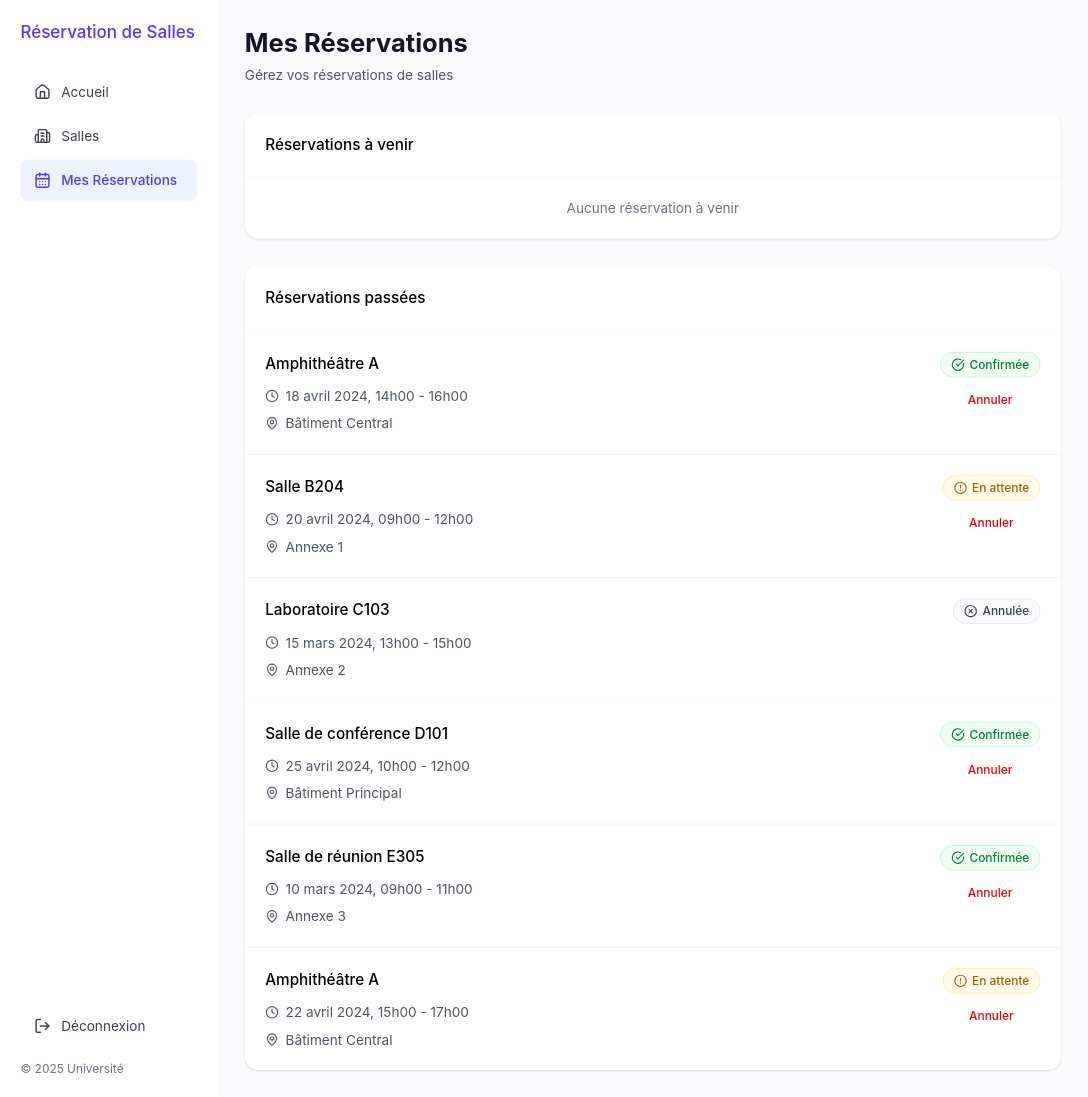
Repository: alaouii1/reservation-salles-front-V0.0.1
Page: /reservations
An editor plug-in stored every save of this project. The page is shown before and after the next save, followed by the edit.
The browser window is 1280 px wide. The pictures show the whole page, at 85% of full size.
The page's requests for data from a server got no answer. The project was rebuilt for these pictures with package versions that can differ from the ones it lists, and the page was loaded fresh each time. No one was signed in, and anything a server would have sent is missing. Also part of the build but not shown: vite.config.ts, src/components/ProchaineReservation.tsx, src/pages/Home.tsx, src/services/salleService.ts, src/pages/Rooms.tsx.

Above is the page before, as saved 2025-04-23 13:19:27.

### src/index.css
@import 'tailwindcss';
@import url('https://fonts.googleapis.com/css2?family=Inter:wght@400;500;600&display=swap');
@import url('https://fonts.googleapis.com/icon?family=Material+Icons+Outlined');

@tailwind base;
@tailwind components;
@tailwind utilities;

@layer base {
  html {
    font-family: 'Inter', system-ui, sans-serif;
  }
}

body {
  background-color: rgb(249, 250, 251);
}

/* Custom styles for better matching the design */
.bg-primary {
  background-color: #6366F1;
}

.text-primary {
  color: #6366F1;
}

.hover:bg-primary-dark:hover {
  background-color: #4F46E5;
}

/* Custom card styles */
.card {
  @apply bg-white rounded-2xl shadow-sm;
  box-shadow: 0px 1px 3px rgba(16, 24, 40, 0.1), 0px 1px 2px rgba(16, 24, 40, 0.06);
}

### src/App.tsx
import React from 'react';
import { BrowserRouter, Routes, Route, Navigate } from 'react-router-dom';
import Layout from './components/Layout';
import Home from './pages/Home';
import Rooms from './pages/Rooms';
import Reservations from './pages/Reservations';
import './index.css';

function App() {
  return (
    <BrowserRouter>
      <Routes>
        <Route path="/" element={<Layout />}>
          <Route index element={<Home />} />
          <Route path="/salles" element={<Rooms />} />
          <Route path="/reservations" element={<Reservations />} />
          {/* Redirect any unknown routes to home */}
          <Route path="*" element={<Navigate to="/" replace />} />
        </Route>
      </Routes>
    </BrowserRouter>
  );
}

export default App;

### src/components/Layout.tsx
import React from 'react';
import { NavLink, Outlet, useNavigate } from 'react-router-dom';
import { Home, Building2, CalendarDays, LogOut } from 'lucide-react';

interface NavItemProps {
  icon: React.ReactNode;
  label: string;
  to: string;
}

const NavItem: React.FC<NavItemProps> = ({ icon, label, to }) => (
  <NavLink
    to={to}
    className={({ isActive }) =>
      `flex items-center gap-3 px-4 py-3 rounded-lg text-gray-700 ${
        isActive ? 'bg-indigo-50 text-indigo-600 font-medium' : 'hover:bg-gray-50'
      }`
    }
  >
    {icon}
    <span>{label}</span>
  </NavLink>
);

const Sidebar: React.FC = () => {
  const navigate = useNavigate();

  const handleLogout = () => {
    // Add logout logic here
    navigate('/login');
  };

  return (
    <div className="w-64 min-h-screen bg-white p-6 flex flex-col">
      <div className="mb-8">
        <h1 className="text-indigo-600 text-xl font-medium mb-8">
          Réservation de Salles
        </h1>
        <nav className="space-y-1">
          <NavItem
            icon={<Home className="w-5 h-5" />}
            label="Accueil"
            to="/"
          />
          <NavItem
            icon={<Building2 className="w-5 h-5" />}
            label="Salles"
            to="/salles"
          />
          <NavItem
            icon={<CalendarDays className="w-5 h-5" />}
            label="Mes Réservations"
            to="/reservations"
          />
        </nav>
      </div>

      <div className="mt-auto">
        <button
          onClick={handleLogout}
          className="flex items-center gap-3 px-4 py-3 rounded-lg text-gray-700 hover:bg-gray-50 w-full"
        >
          <LogOut className="w-5 h-5" />
          <span>Déconnexion</span>
        </button>
        <div className="mt-4 text-sm text-gray-500">
          © 2025 Université
        </div>
      </div>
    </div>
  );
};

const Layout: React.FC = () => {
  return (
    <div className="min-h-screen bg-gray-50 flex">
      <Sidebar />
      <div className="flex-1">
        <Outlet />
      </div>
    </div>
  );
};

export default Layout;

### src/pages/Reservations.tsx
import { useEffect, useState } from 'react';
import { Clock, MapPin, AlertCircle, CheckCircle, XCircle } from 'lucide-react';
import { getUserReservations, cancelReservation } from '../services/reservationService';
import { Reservation } from '../types/Reservation';
import { format } from 'date-fns';
import { fr } from 'date-fns/locale';

const StatusBadge = ({ status }: { status: Reservation['status'] }) => {
  const statusConfig = {
    en_attente: {
      icon: AlertCircle,
      text: 'En attente',
      className: 'bg-yellow-50 text-yellow-700 border-yellow-200'
    },
    confirmee: {
      icon: CheckCircle,
      text: 'Confirmée',
      className: 'bg-green-50 text-green-700 border-green-200'
    },
    annulee: {
      icon: XCircle,
      text: 'Annulée',
      className: 'bg-gray-50 text-gray-700 border-gray-200'
    }
  };

  const config = statusConfig[status];
  const Icon = config.icon;

  return (
    <div className={`inline-flex items-center gap-1.5 px-3 py-1 rounded-full border ${config.className}`}>
      <Icon className="w-4 h-4" />
      <span className="text-sm font-medium">{config.text}</span>
    </div>
  );
};

const ReservationCard = ({ reservation, onCancel }: { reservation: Reservation; onCancel: (id: number) => void }) => {
  const canCancel = reservation.status !== 'annulee';
  const dateDebut = new Date(reservation.dateDebut);
  const dateFin = new Date(reservation.dateFin);

  return (
    <div className="p-6 hover:bg-gray-50 transition-colors relative">
      {/* Right side column with status and cancel button */}
      <div className="absolute top-6 right-6 flex flex-col items-center gap-4">
        <StatusBadge status={reservation.status} />
        {canCancel && (
          <button
            onClick={() => onCancel(reservation.id)}
            className="text-red-600 hover:text-red-700 font-medium text-sm"
          >
            Annuler
          </button>
        )}
      </div>

      {/* Main content */}
      <div className="pr-32">
        <h3 className="text-lg font-medium mb-3">{reservation.salleNom}</h3>
        <div className="space-y-2 text-gray-600">
          <div className="flex items-center gap-2">
            <Clock className="w-4 h-4" />
            <span>
              {format(dateDebut, "d MMMM yyyy, HH'h'mm", { locale: fr })} - {format(dateFin, "HH'h'mm", { locale: fr })}
            </span>
          </div>
          <div className="flex items-center gap-2">
            <MapPin className="w-4 h-4" />
            <span>{reservation.localisationNom}</span>
          </div>
        </div>
      </div>
    </div>
  );
};

const Reservations = () => {
  const [reservations, setReservations] = useState<Reservation[]>([]);
  const [loading, setLoading] = useState(true);

  const loadReservations = async () => {
    try {
      const response = await getUserReservations();
      setReservations(response.data);
    } catch (error) {
      console.error('Erreur lors du chargement des réservations:', error);
    } finally {
      setLoading(false);
    }
  };

  const handleCancel = async (id: number) => {
    try {
      await cancelReservation(id);
      // Reload reservations after cancellation
      loadReservations();
    } catch (error) {
      console.error('Erreur lors de l\'annulation de la réservation:', error);
    }
  };

  useEffect(() => {
    loadReservations();
  }, []);

  if (loading) {
    return (
      <div className="flex justify-center items-center h-64">
        <div className="animate-spin rounded-full h-12 w-12 border-t-2 border-b-2 border-primary"></div>
      </div>
    );
  }

  const groupedReservations = {
    upcoming: reservations.filter(r => new Date(r.dateDebut) > new Date() && r.status !== 'annulee'),
    past: reservations.filter(r => new Date(r.dateDebut) <= new Date() || r.status === 'annulee')
  };

  return (
    <div className="p-8">
      <div className="max-w-7xl mx-auto">
        <header className="mb-8">
          <h1 className="text-3xl font-bold text-gray-900">Mes Réservations</h1>
          <p className="mt-2 text-gray-600">Gérez vos réservations de salles</p>
        </header>

        {/* Upcoming Reservations */}
        <div className="bg-white rounded-2xl shadow-sm overflow-hidden mb-8">
          <div className="p-6 border-b border-gray-100">
            <h2 className="text-lg font-medium">Réservations à venir</h2>
          </div>

          <div className="divide-y divide-gray-100">
            {groupedReservations.upcoming.length === 0 ? (
              <div className="p-6 text-center text-gray-500">
                Aucune réservation à venir
              </div>
            ) : (
              groupedReservations.upcoming.map(reservation => (
                <ReservationCard
                  key={reservation.id}
                  reservation={reservation}
                  onCancel={handleCancel}
                />
              ))
            )}
          </div>
        </div>

        {/* Past Reservations */}
        <div className="bg-white rounded-2xl shadow-sm overflow-hidden">
          <div className="p-6 border-b border-gray-100">
            <h2 className="text-lg font-medium">Réservations passées</h2>
          </div>

          <div className="divide-y divide-gray-100">
            {groupedReservations.past.length === 0 ? (
              <div className="p-6 text-center text-gray-500">
                Aucune réservation passée
              </div>
            ) : (
              groupedReservations.past.map(reservation => (
                <ReservationCard
                  key={reservation.id}
                  reservation={reservation}
                  onCancel={handleCancel}
                />
              ))
            )}
          </div>
        </div>
      </div>
    </div>
  );
};

export default Reservations;

### src/services/reservationService.ts
import { api } from '../api/axios';
import { Reservation } from '../types/Reservation';
import { mockReservations } from '../mocks/reservationsMock';

// Temporary mock implementation
export const getUserReservations = () =>
  Promise.resolve({ data: mockReservations });

export const cancelReservation = (id: number) =>
  Promise.resolve({
    data: mockReservations.find(r => r.id === id)
  });

  export const getNextReservation = () => api.get<Reservation>('http://localhost:8080/api/reservations/next/1');

export const createReservation = (data: {
  salleId: number;
  dateDebut: string;
  dateFin: string;
}) => Promise.resolve({
  data: {
    id: Math.max(...mockReservations.map(r => r.id)) + 1,
    ...data,
    status: 'en_attente',
    userId: 1,
    createdAt: new Date().toISOString(),
    salleNom: 'Nouvelle Salle',
    localisationNom: 'Localisation'
  } as Reservation
});

### src/api/axios.ts
// src/api/axios.ts
import axios from 'axios';

export const api = axios.create({
  baseURL: 'http://localhost:8080/api', // adapt this to match your Spring Boot API
});

### src/mocks/reservationsMock.ts
import { Reservation } from '../types/Reservation';

export const mockReservations: Reservation[] = [
  {
    id: 1,
    salleId: 1,
    salleNom: 'Amphithéâtre A',
    localisationNom: 'Bâtiment Central',
    dateDebut: '2024-04-18T14:00:00',
    dateFin: '2024-04-18T16:00:00',
    status: 'confirmee',
    userId: 1,
    createdAt: '2024-03-15T10:00:00'
  },
  {
    id: 2,
    salleId: 2,
    salleNom: 'Salle B204',
    localisationNom: 'Annexe 1',
    dateDebut: '2024-04-20T09:00:00',
    dateFin: '2024-04-20T12:00:00',
    status: 'en_attente',
    userId: 1,
    createdAt: '2024-03-16T11:30:00'
  },
  {
    id: 3,
    salleId: 3,
    salleNom: 'Laboratoire C103',
    localisationNom: 'Annexe 2',
    dateDebut: '2024-03-15T13:00:00',
    dateFin: '2024-03-15T15:00:00',
    status: 'annulee',
    userId: 1,
    createdAt: '2024-03-10T09:15:00'
  },
  {
    id: 4,
    salleId: 4,
    salleNom: 'Salle de conférence D101',
    localisationNom: 'Bâtiment Principal',
    dateDebut: '2024-04-25T10:00:00',
    dateFin: '2024-04-25T12:00:00',
    status: 'confirmee',
    userId: 1,
    createdAt: '2024-03-17T14:20:00'
  },
  {
    id: 5,
    salleId: 5,
    salleNom: 'Salle de réunion E305',
    localisationNom: 'Annexe 3',
    dateDebut: '2024-03-10T09:00:00',
    dateFin: '2024-03-10T11:00:00',
    status: 'confirmee',
    userId: 1,
    createdAt: '2024-03-01T08:00:00'
  },
  {
    id: 6,
    salleId: 1,
    salleNom: 'Amphithéâtre A',
    localisationNom: 'Bâtiment Central',
    dateDebut: '2024-04-22T15:00:00',
    dateFin: '2024-04-22T17:00:00',
    status: 'en_attente',
    userId: 1,
    createdAt: '2024-03-18T16:45:00'
  }
];

Loaded but not shown: index.html (common file); src/main.tsx (common file)

After the next save:
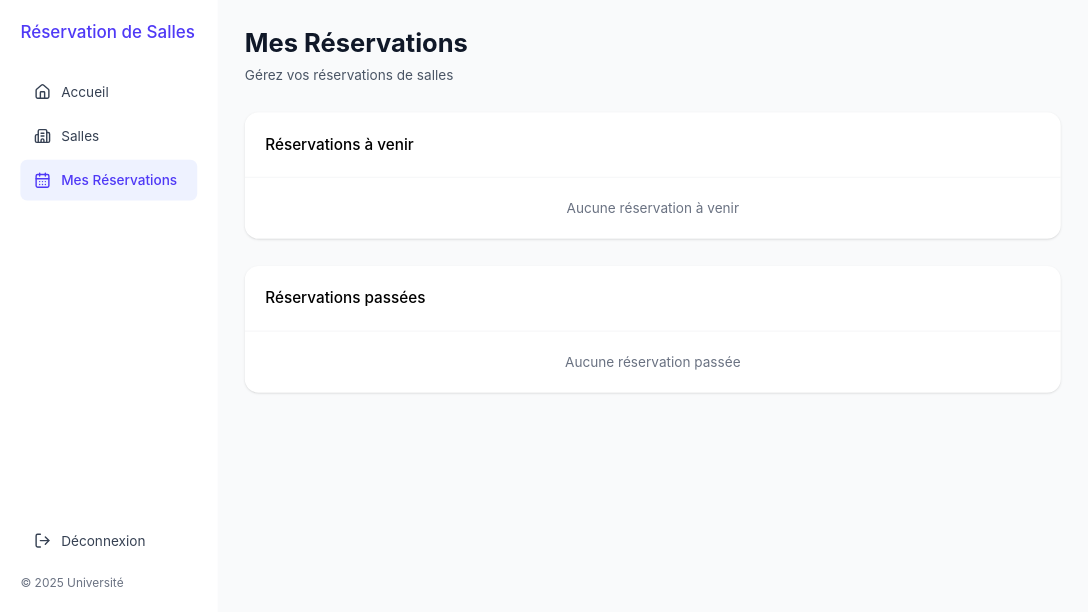
Saved 3 min 28 s later.
--- a/src/services/reservationService.ts
+++ b/src/services/reservationService.ts
@@ -1,30 +1,23 @@
 import { api } from '../api/axios';
 import { Reservation } from '../types/Reservation';
-import { mockReservations } from '../mocks/reservationsMock';
 
-// Temporary mock implementation
+const USER_ID = 5; // TODO: Get this from authentication context
+
 export const getUserReservations = () =>
-  Promise.resolve({ data: mockReservations });
+  api.get<Reservation[]>(`/reservations/user/${USER_ID}`);
 
 export const cancelReservation = (id: number) =>
-  Promise.resolve({
-    data: mockReservations.find(r => r.id === id)
-  });
+  api.delete(`/reservations/${id}`);
 
-  export const getNextReservation = () => api.get<Reservation>('http://localhost:8080/api/reservations/next/1');
+export const getNextReservation = () =>
+  api.get<Reservation>(`/reservations/next/${USER_ID}`);
 
 export const createReservation = (data: {
   salleId: number;
   dateDebut: string;
   dateFin: string;
-}) => Promise.resolve({
-  data: {
-    id: Math.max(...mockReservations.map(r => r.id)) + 1,
+}) =>
+  api.post<Reservation>(`/reservations`, {
     ...data,
-    status: 'en_attente',
-    userId: 1,
-    createdAt: new Date().toISOString(),
-    salleNom: 'Nouvelle Salle',
-    localisationNom: 'Localisation'
-  } as Reservation
-});
+    userId: USER_ID
+  });
